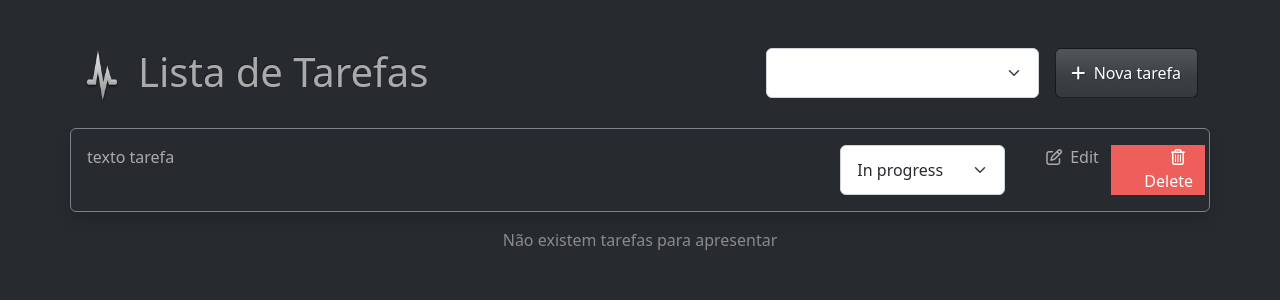
Repository: cargugati/lista_tarefas
Page: frontEnd/index.html
An editor plug-in stored every save of this project. The page is shown before and after the next save, followed by the edit.
The browser window is 1280 px wide. The pictures show the whole page.

Above is the page before, as saved 2023-03-18 21:19:20.

### frontEnd/index.html
<!DOCTYPE html>
<html lang="pt-br">

<head>
  <meta charset="UTF-8">
  <meta http-equiv="X-UA-Compatible" content="IE=edge">
  <meta name="viewport" content="width=device-width, initial-scale=1.0">
  <title>Lista de Tarefas</title>
  <link rel="stylesheet" href="./assets/css/bootstrap.min.css">
  <link rel="stylesheet" href="./assets/fontawesome/css/all.min.css">
  <link rel="shortcut icon" href="./assets/images/favicon.png" type="image/png">
</head>

<body>
  <div class="container my-5">

    <!-- cabeçalho -->
    <div class="row mb-4">
      <div class="col">
        <div class="d-flex justify-content-start">
          <img src="./assets/images/favicon.png" alt="Logo" class="img-fluid me-3" width="40px">
          <h1>Lista de Tarefas</h1>
        </div>

      </div>
      <div class="col text-end">
        <div class="d-flex justify-content-end">
          <select id="select_filter" class="form-select w-50 me-3">
            <option value=""></option>
            <option value="1">1</option>
          </select>
          <a href="new_task.html" class="btn btn-primary"><i class="fa-solid fa-plus me-2"></i>Nova tarefa</a>
        </div>
      </div>
    </div>

    <!-- aspecto visual de uma tarefa -->
    <div class="row mb-3">
      <div class="col-12 border border-secondary rounded p-3 shadow">
        <div class="row">
          <div class="col-8">texto tarefa</div>
          <div class="col-2">
            <select id="task_status" class="form-select w-75>
              <option value="new">New</option>
              <option value="in progress">In progress</option>
              <option value="canceled">Canceled</option>
              <option value="done">Done</option>
            </select>
          </div>
          <div class="col-1 text-end"><i class="fa-regular fa-pen-to-square me-2"></i>Edit</div>
          <div class="col-1 text-end text-bg-danger"><i class="fa-regular fa-trash-can me-2"></i>Delete</div>
        </div>
      </div>
    </div>


    <!-- sem tarefa -->
    <div class="row " id="no_tasks">
      <div class="col text-center">
        <span class="opacity-75">Não existem tarefas para apresentar</span>
      </div>
    </div>
  </div>


  <script src="./assets/js/bootstrap.bundle.min.js"></script>
</body>

</html>

Loaded but not shown: frontEnd/assets/css/bootstrap.min.css (library); frontEnd/assets/fontawesome/css/all.min.css (library); frontEnd/assets/js/bootstrap.bundle.min.js (library)

After the next save:
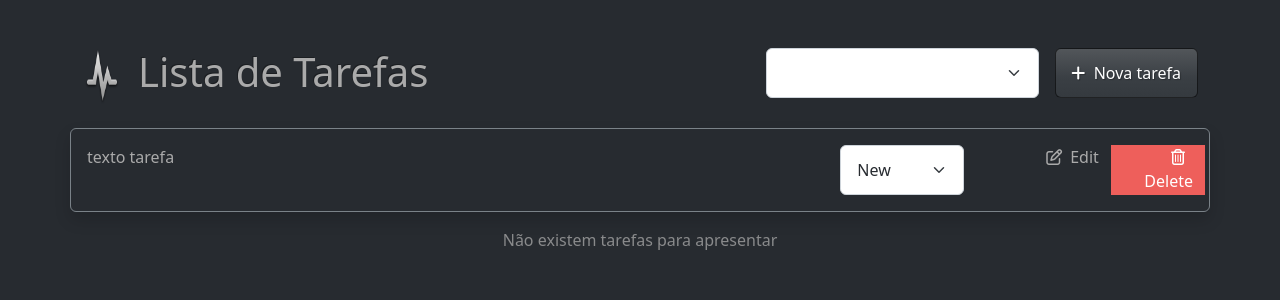
Saved 15 s later.
--- a/frontEnd/index.html
+++ b/frontEnd/index.html
@@ -40,7 +40,7 @@
         <div class="row">
           <div class="col-8">texto tarefa</div>
           <div class="col-2">
-            <select id="task_status" class="form-select w-75>
+            <select id="task_status" class="form-select w-75">
               <option value="new">New</option>
               <option value="in progress">In progress</option>
               <option value="canceled">Canceled</option>
